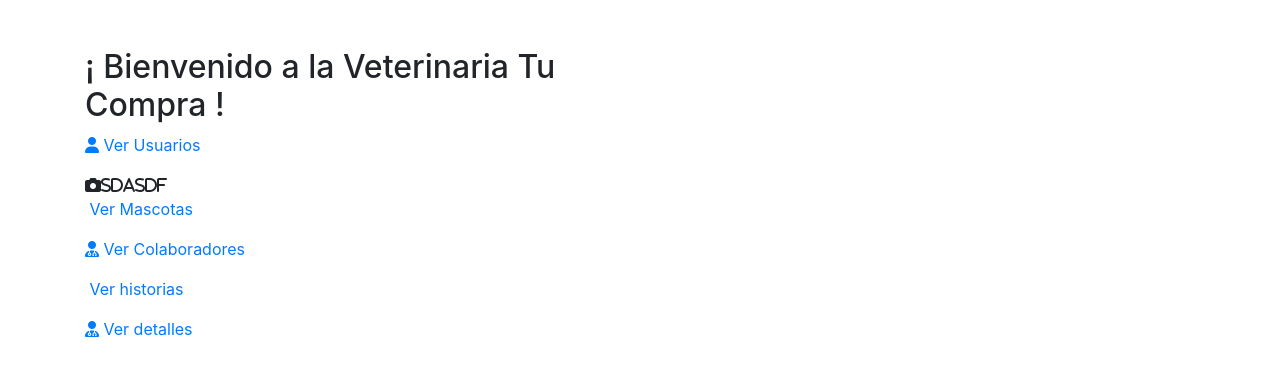
Repository: SebasBarrera/historial-clinico-veterinario
Page: historial-clinico-veterinario-backend/src/main/resources/static/index.html
An editor plug-in stored every save of this project. The page is shown before and after the next save, followed by the edit.
The browser window is 1280 px wide. The pictures show the whole page.
Some icons come from a web library that is not loaded, so they are not drawn. Some web libraries are served in a nearby version.

Above is the page before, as saved 2023-02-27 05:58:24.

After the next save:
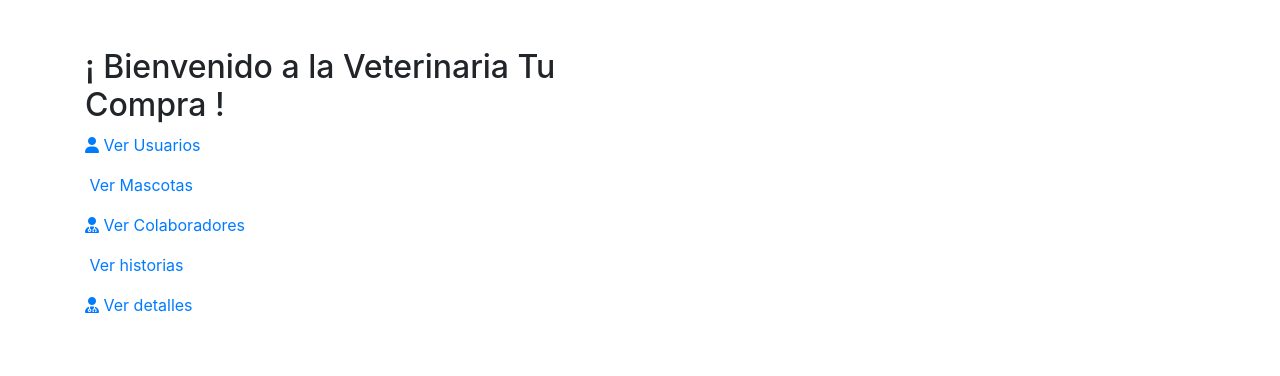
Saved 16 s later.
--- a/historial-clinico-veterinario-backend/src/main/resources/static/index.html
+++ b/historial-clinico-veterinario-backend/src/main/resources/static/index.html
@@ -18,7 +18,6 @@
 				<h2>¡ Bienvenido a la Veterinaria Tu Compra !</h2>
 
 				<p><a href="/usuario/"><i class="fas fa-user"></i> Ver Usuarios</a></p>
-				 <span class="fas fa-camera">sdasdf</span>
 				<p><a href="/mascota/"><i class="fas fa-paw-simple"></i> Ver Mascotas</a></p>
 				<p><a href="/colaborador/"><i class="fas fa-user-doctor"></i> Ver Colaboradores</a></p>
 				<p><a href="/historia/"><i class="fas fa-paw-simple"></i> Ver historias</a></p>
